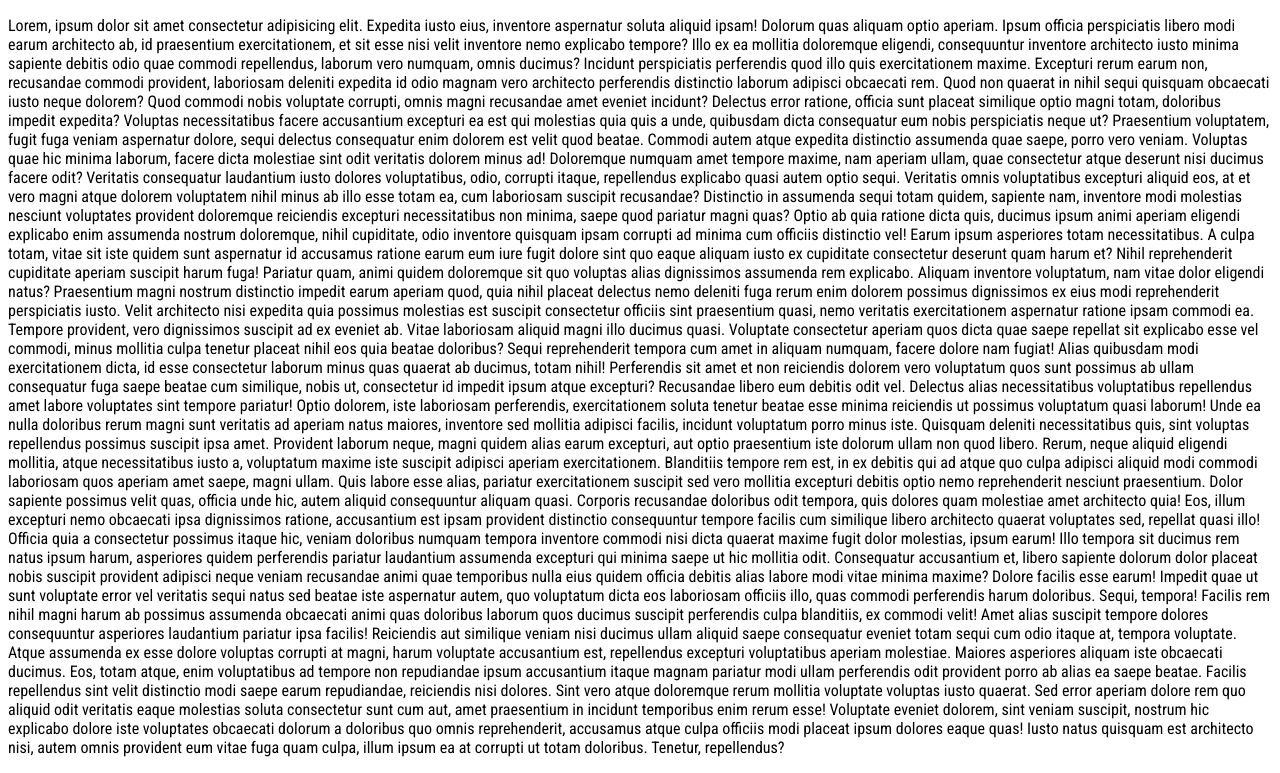
Repository: lannguyen1301/project-kabal-copy
Page: index.html
An editor plug-in stored every save of this project. The page is shown before and after a run of saves, followed by the edit.
The browser window is 1280 px wide. The pictures show the whole page.

Above is the page before, as saved 2026-09-06 11:02:02.

After the next 8 saves:
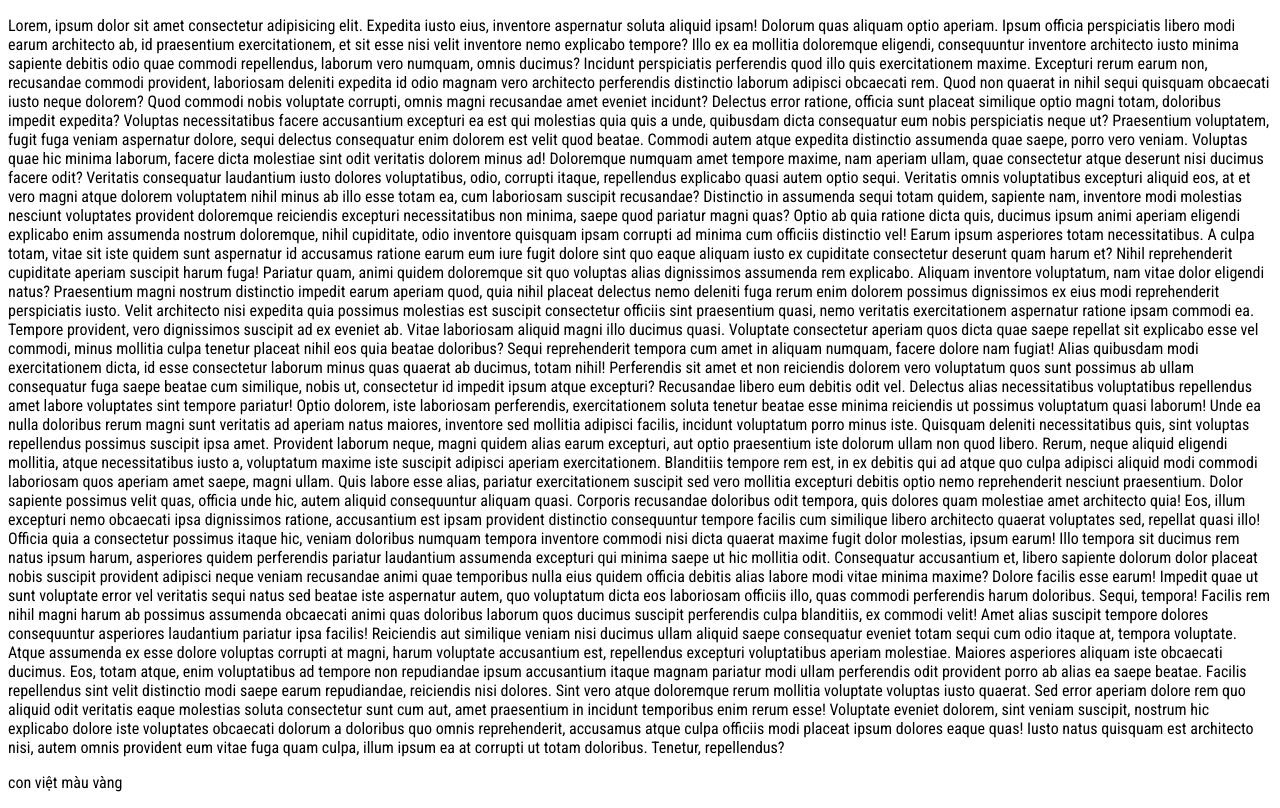
The 8 saves are shown as one change because they came seconds apart.
The last was saved 21 s later.
--- a/index.html
+++ b/index.html
@@ -96,6 +96,8 @@
         eaque quas! Iusto natus quisquam est architecto nisi, autem omnis provident eum vitae fuga quam culpa, illum
         ipsum ea at corrupti ut totam doloribus. Tenetur, repellendus?
     </p>
+
+    <p>con việt màu vàng</p>
 </body>
 
 </html>
